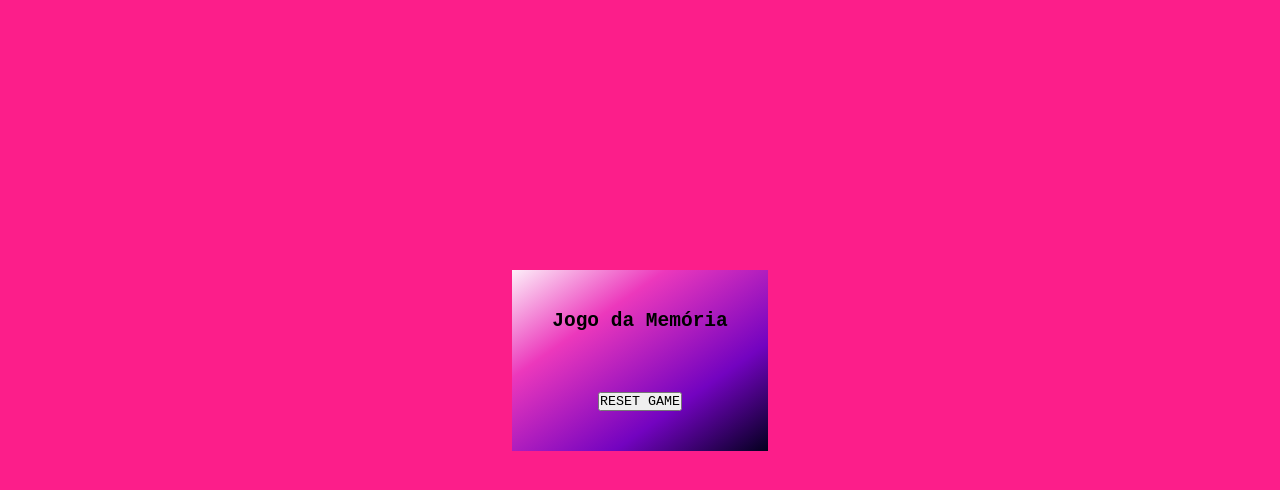
Repository: Zoemateus324/memory-game
Page: index.html
An editor plug-in stored every save of this project. The page is shown before and after the next save, followed by the edit.
The browser window is 1280 px wide. The pictures show the whole page.

Above is the page before, as saved 2024-11-27 08:16:36.

### index.html
<!DOCTYPE html>
<html lang="pt-br">

<head>
    <meta charset="UTF-8">
    <meta name="viewport" content="width=device-width, initial-scale=1.0">
    <title>Memory Game</title>
    <link rel="stylesheet" href="./src/styles/reset.css">
    <link rel="stylesheet" href="./src/styles/main.css">
</head>

<body>
    <div class="container">
        <h2>Jogo da Memória</h2>
        <div class="game">

        </div>
        <button class="reset" onclick="window.location.reload()">RESET GAME</button>
    </div>



    <script src="./src/scripts/engine.js" defer></script>
</body>

</html>

### src/styles/reset.css
*{
    margin:0;
    padding:0;
    outline:none;
    box-sizing:border-box;
    font-family:monospace;
}

### src/styles/main.css
body{
    display:flex;
    justify-content:center;
    align-items:center;
    min-height:100vh;
    background:#fc1e8a;
}


.container{
    position:relative;
    display:flex;
    flex-direction:column;
    justify-content:center;
    align-items:center;
    gap:30px;
    background:linear-gradient(
        325deg,
        #03001e 0%,
        #7303c0 30%,
        #ec38bc 70%,
        #fdeff9 100%
    );
    padding:40px;
}

Loaded but not shown: src/scripts/engine.js (no stored copy; drawn as an empty file)

After the next save:
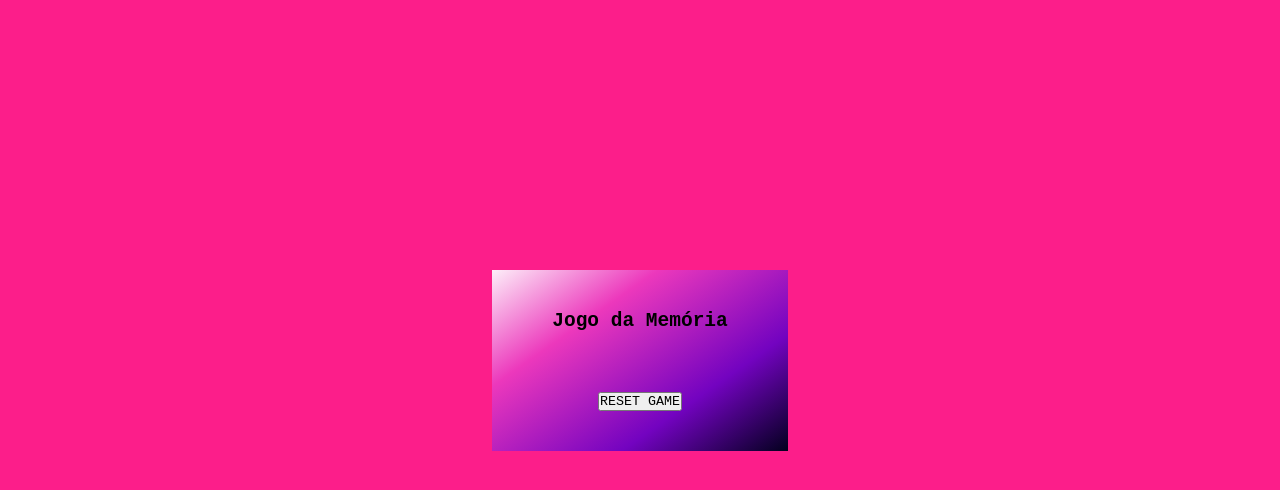
Saved 17 s later.
--- a/src/styles/main.css
+++ b/src/styles/main.css
@@ -21,5 +21,5 @@ body{
         #ec38bc 70%,
         #fdeff9 100%
     );
-    padding:40px;
+    padding:40px 60px;
 }
